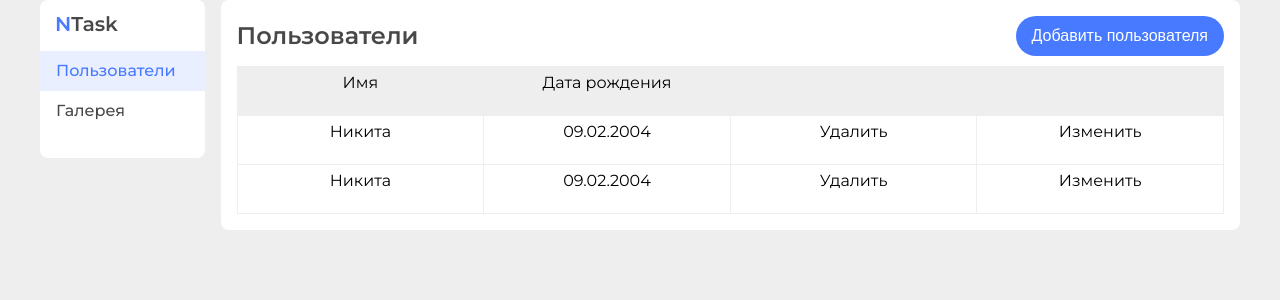
Repository: Grid-Master/NTask
Page: /
These files come from the project's save history. The page is drawn as it stood at one moment and after the next save; the edit follows.
The browser window is 1280 px wide. The pictures show the whole page.
The project was rebuilt for these pictures with package versions that can differ from the ones it lists, and the page was loaded fresh each time.

Above is the page before, as saved 2023-06-05 09:17:51.

After the next save:
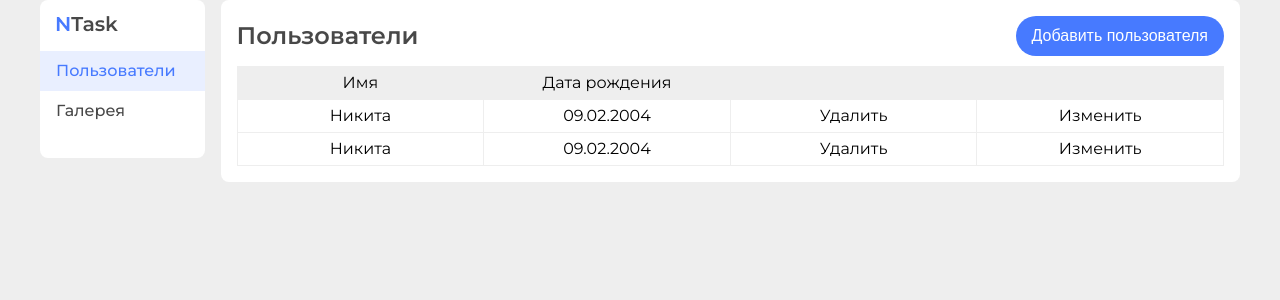
Saved 24 s later.
--- a/src/components/userList/userList.sass
+++ b/src/components/userList/userList.sass
@@ -35,8 +35,7 @@
         td
             border: 1px solid #EEEEEE
             width: 238px
-            height: 40px
             text-align: center
-            padding-top: 8px
+            padding: 8px 0
         &-info
             background-color: #EEEEEE
